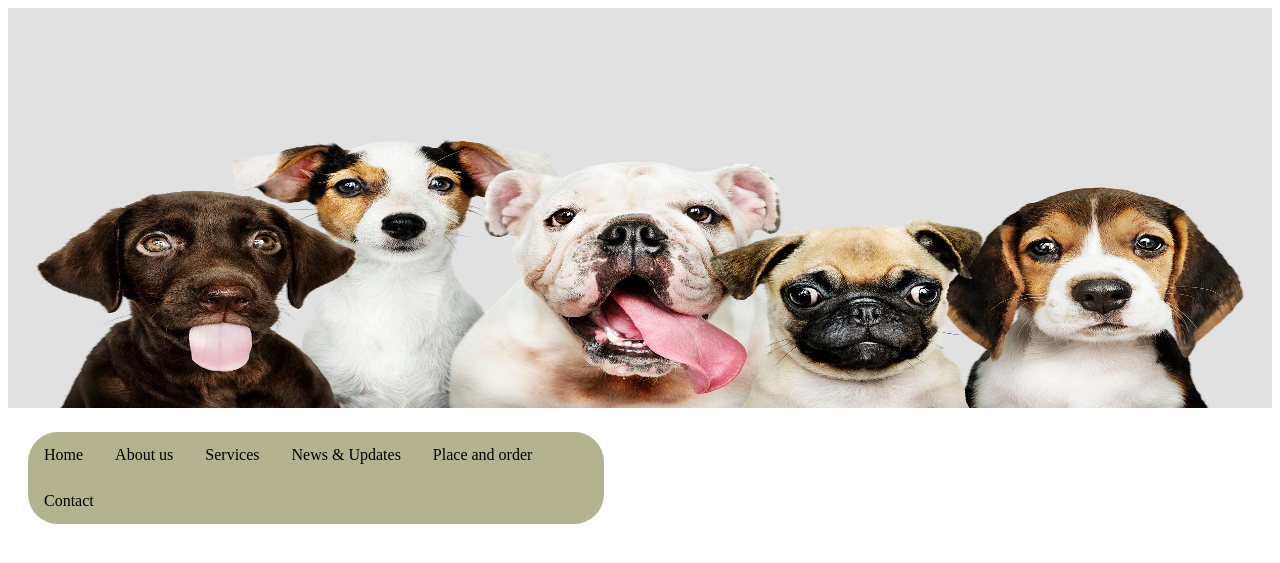
Repository: Tayma-Kazmouz/labwork
Page: index.html
These files come from the project's save history. The page is drawn as it stood at one moment and after the next save; the edit follows.
The browser window is 1280 px wide. The pictures show the whole page.

Above is the page before, as saved 2022-04-04 16:12:22.

After the next save:
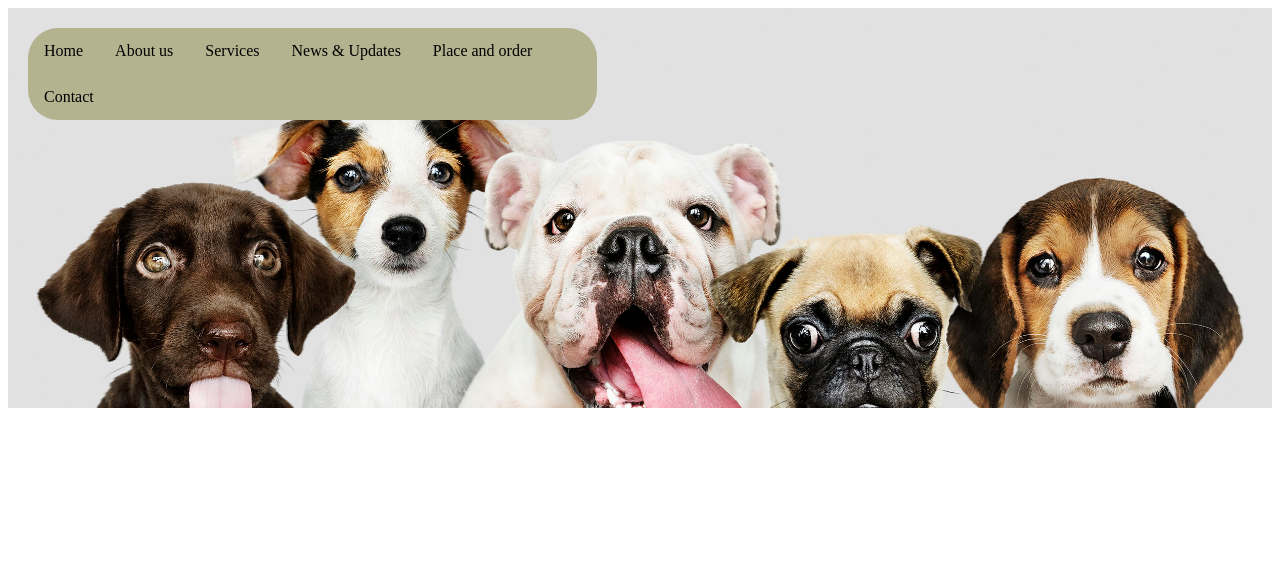
Saved 14 s later.
--- a/index.html
+++ b/index.html
@@ -8,16 +8,20 @@
     <link rel="stylesheet" href="styles.css">
 </head>
 <body>
-    <img class="banner" src="images/banner.jpg" alt="Dog Banner">
-    <div class="nav">
-        <ul>
-            <li><a class="active" href="#">Home</a></li>
-            <li><a href="#">About us</a></li>
-            <li><a href="#">Services</a></li>
-            <li><a href="#">News & Updates</a></li>
-            <li><a href="#">Place and order</a></li>
-            <li><a href="#">Contact</a></li>
-          </ul>
-    </div>
+    <div class="banner">
+        <div class="container">
+          <div class="nav">
+            <ul>
+                <li><a class="active" href="#">Home</a></li>
+                <li><a href="#">About us</a></li>
+                <li><a href="#">Services</a></li>
+                <li><a href="#">News & Updates</a></li>
+                <li><a href="#">Place and order</a></li>
+                <li><a href="#">Contact</a></li>
+              </ul>
+          </div>
+        </div>
+      </div>
+
 </body>
 </html>
